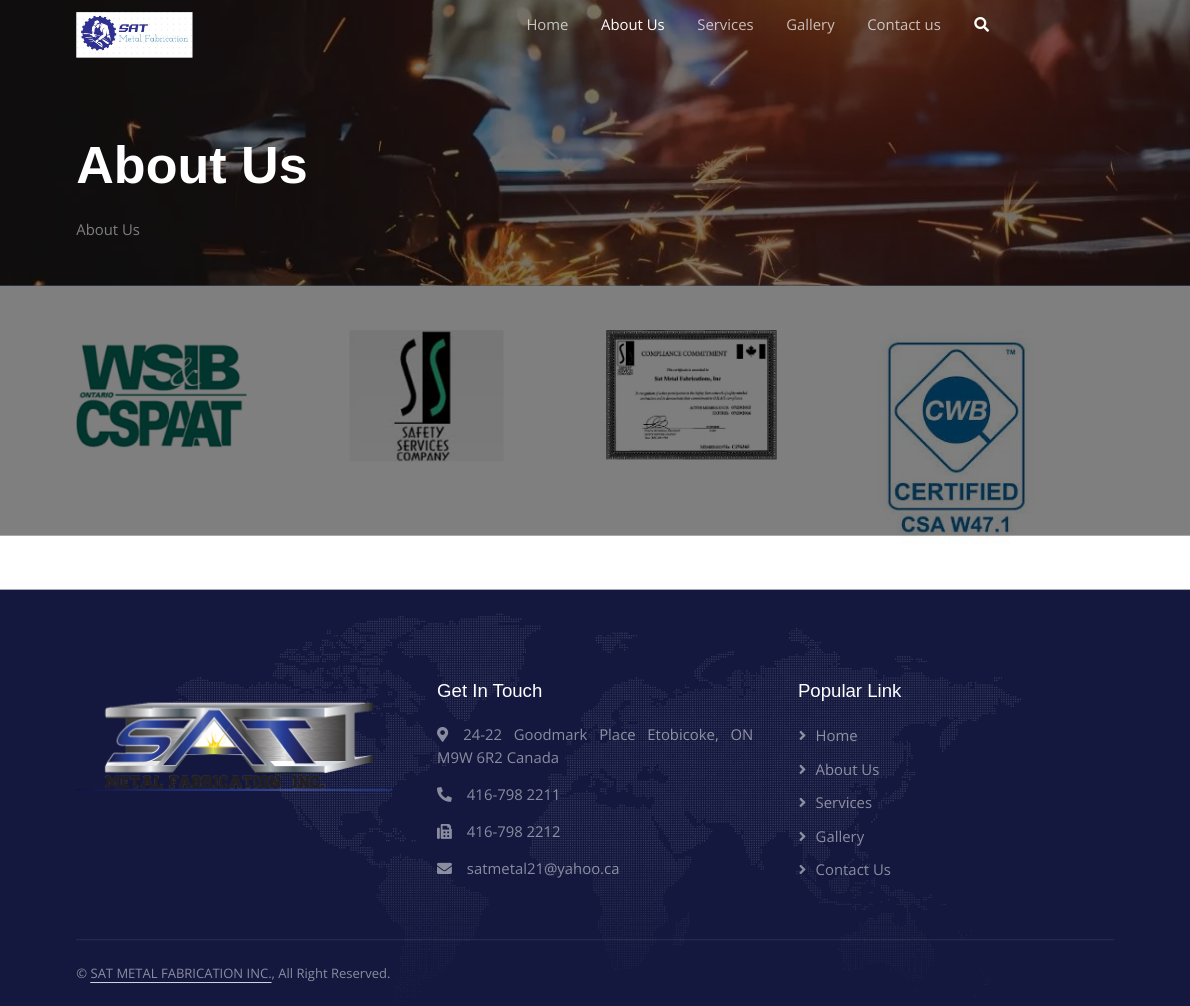
Repository: dzyte-services/satmetal
Page: http://localhost/about.php
The author's editor kept a copy of each file at every save. The page is drawn from the files as they stood at one save, then again after the next save.
The browser window is 1280 px wide. The pictures show the whole page, at 93% of full size.
Some web fonts or font styles are not loaded; a fallback is used. Some web libraries are served in a nearby version. The page is run by PHP 8.4 with error messages shown; the project is at /var/www/html/.

Above is the page before, as saved 2023-11-07 17:29:36.

### about.php
<!DOCTYPE html>
<html lang="en">

<head>
    <meta charset="utf-8">
    <title>SAT - About</title>
    <meta content="width=device-width, initial-scale=1.0" name="viewport">
    <meta content="" name="keywords">
    <meta content="" name="description">

    <!-- Favicon -->
    <link href="img/favicon.ico" rel="icon">

    <!-- Google Web Fonts -->
    <link rel="preconnect" href="https://fonts.googleapis.com">
    <link rel="preconnect" href="https://fonts.gstatic.com" crossorigin>
    <link href="https://fonts.googleapis.com/css2?family=Open+Sans:wght@400;600&family=Ubuntu:wght@500;700&display=swap"
        rel="stylesheet">

    <!-- Icon Font Stylesheet -->
    <link href="https://cdnjs.cloudflare.com/ajax/libs/font-awesome/5.10.0/css/all.min.css" rel="stylesheet">
    <link href="https://cdn.jsdelivr.net/npm/bootstrap-icons@1.4.1/font/bootstrap-icons.css" rel="stylesheet">

    <!-- Libraries Stylesheet -->
    <link href="lib/animate/animate.min.css" rel="stylesheet">
    <link href="lib/owlcarousel/assets/owl.carousel.min.css" rel="stylesheet">

    <!-- Customized Bootstrap Stylesheet -->
    <link href="css/bootstrap.min.css" rel="stylesheet">

    <!-- Template Stylesheet -->
    <link href="css/style.css" rel="stylesheet">
</head>

<body>
    <!-- Spinner Start -->
    <!-- <div id="spinner"
        class="show bg-white position-fixed translate-middle w-100 vh-100 top-50 start-50 d-flex align-items-center justify-content-center">
        <div class="spinner-grow text-primary" style="width: 3rem; height: 3rem;" role="status">
            <span class="sr-only">Loading...</span>
        </div>
    </div> -->
    <!-- Spinner End -->


    <!-- Navbar Start -->
    <?php
        include "header.php";
    ?>
    <!-- Navbar End -->





    <!-- Full Screen Search Start -->
    <div class="modal fade" id="searchModal" tabindex="-1">
        <div class="modal-dialog modal-fullscreen">
            <div class="modal-content" style="background: rgba(20, 24, 62, 0.7);">
                <div class="modal-header border-0">
                    <button type="button" class="btn btn-square bg-white btn-close" data-bs-dismiss="modal"
                        aria-label="Close"></button>
                </div>
                <div class="modal-body d-flex align-items-center justify-content-center">
                    <div class="input-group" style="max-width: 600px;">
                        <input type="text" class="form-control bg-transparent border-light p-3"
                            placeholder="Type search keyword">
                        <button class="btn btn-light px-4"><i class="bi bi-search"></i></button>
                    </div>
                </div>
            </div>
        </div>
    </div>
    <!-- Full Screen Search End -->


    <!-- About Start -->
    <!-- Modal gallery -->
    <!-- Section: Images -->
    <div class="container-fluid py-5">
        <div class="container">
            <div class="row d-flex justify-content-center">
                <!-- Left Image -->
                <div class="col-lg-3 mb-4 mb-lg-0">
                    <div class="bg-image hover-overlay ripple shadow-1-strong rounded" data-ripple-color="light">
                        <img src="img/img2.png" class="" style='width:70%;' /> <!-- Adjust width to your needs -->
                        <a href="#!" data-mdb-toggle="modal" data-mdb-target="#exampleModal2">
                            <div class="mask" style="background-color: rgba(251, 251, 251, 0.2);"></div>
                        </a>
                    </div>
                </div>

                <!-- Right Image -->
                <div class="col-lg-3 mb-4 mb-lg-0">
                    <div class="bg-image hover-overlay ripple shadow-1-strong rounded" data-ripple-color="light">
                        <img src="img/img3.png" class="" style='width:70%;' /> <!-- Adjust width to your needs -->
                        <a href="#!" data-mdb-toggle="modal" data-mdb-target="#exampleModal2">
                            <div class="mask" style="background-color: rgba(251, 251, 251, 0.2);"></div>
                        </a>
                    </div>
                </div>

                <div class="col-lg-3 mb-4 mb-lg-0">
                    <div class="bg-image hover-overlay ripple shadow-1-strong rounded" data-ripple-color="light">
                        <img src="img/img1.png" class="" style='width:70%;' /> <!-- Adjust width to your needs -->
                        <a href="#!" data-mdb-toggle="modal" data-mdb-target="#exampleModal2">
                            <div class="mask" style="background-color: rgba(251, 251, 251, 0.2);"></div>
                        </a>
                    </div>
                </div>
                <div class="col-lg-3 mb-4 mb-lg-0">
                    <div class="bg-image hover-overlay ripple shadow-1-strong rounded" data-ripple-color="light">
                        <img src="img/img4.jpeg" class="" style='width:70%;' /> <!-- Adjust width to your needs -->
                        <a href="#!" data-mdb-toggle="modal" data-mdb-target="#exampleModal2">
                            <div class="mask" style="background-color: rgba(251, 251, 251, 0.2);"></div>
                        </a>
                    </div>
                </div>
            </div>

        </div>
    </div>


    <!-- Footer Start -->
    <?php
        include "footer.php";
    ?>
    <!-- Footer End -->


    <!-- Back to Top -->
    <a href="#" class="btn btn-lg btn-primary btn-lg-square back-to-top pt-2"><i class="bi bi-arrow-up"></i></a>


    <!-- JavaScript Libraries -->
    <script src="https://ajax.googleapis.com/ajax/libs/jquery/3.6.1/jquery.min.js"></script>
    <script src="https://cdn.jsdelivr.net/npm/bootstrap@5.0.0/dist/js/bootstrap.bundle.min.js"></script>
    <script src="lib/wow/wow.min.js"></script>
    <script src="lib/easing/easing.min.js"></script>
    <script src="lib/waypoints/waypoints.min.js"></script>
    <script src="lib/counterup/counterup.min.js"></script>
    <script src="lib/owlcarousel/owl.carousel.min.js"></script>

    <!-- Template Javascript -->
    <script src="js/main.js"></script>
</body>

</html>

### header.php
    <?php
        $currentPage1 = basename($_SERVER['PHP_SELF']);
    ?>
    <!-- Spinner Start -->
    <div id="spinner"
        class="show bg-white position-fixed translate-middle w-100 vh-100 top-50 start-50 d-flex align-items-center justify-content-center">
        <div class="spinner-grow text-primary" style="width: 3rem; height: 3rem;" role="status">
            <span class="sr-only">Loading...</span>
        </div>
    </div>
    <!-- Spinner End -->


    <!-- Navbar Start -->
    <div class="container-fluid sticky-top">
        <div class="container">
            <nav class="navbar navbar-expand-lg navbar-dark p-0">
                <div class="row">
                    <div class="col-lg-4">
                        <a href="index.php" class="navbar-brand">
                            <img class="img-fluid" width="40%" height="40%" src="img/logo1.jpeg" alt="">
                        </a>
                        <button type="button" class="navbar-toggler ms-auto me-0" data-bs-toggle="collapse"
                            data-bs-target="#navbarCollapse">
                            <span class="navbar-toggler-icon"></span>
                        </button>
                    </div>
                    <div class="col-lg-8 ">
                    <div class="collapse navbar-collapse" id="navbarCollapse">
                    <div class="navbar-nav ms-auto">
                        <a href="index.php" class="nav-item nav-link  <?php echo ($currentPage1 === 'index.php') ? 'active' : ''; ?>">Home</a>
                        <a href="about.php" class="nav-item nav-link <?php echo ($currentPage1 === 'about.php') ? 'active' : ''; ?>">About Us</a>
                        <a href="service.php" class="nav-item nav-link <?php echo ($currentPage1 === 'service.php') ? 'active' : ''; ?>">Services</a>
                        <a href="project.php" class="nav-item nav-link <?php echo ($currentPage1 === 'project.php') ? 'active' : ''; ?>">Gallery</a>

                        <a href="contact.php" class="nav-item nav-link <?php echo ($currentPage1 === 'contact.php') ? 'active' : ''; ?>">Contact us</a>
                    </div>
                    <butaton type="button" class="btn text-white p-0 d-none d-lg-block" data-bs-toggle="modal"
                        data-bs-target="#searchModal"><i class="fa fa-search"></i></butaton>
                </div>
                    </div>
                </div>


            </nav>
        </div>
    </div>
    <!-- Navbar End -->

    <div>
          <?php
                $currentPage = $_SERVER['SCRIPT_NAME'];
                $current_page = basename($currentPage);

                if ($current_page === "index.php") {
                    include("header/home.php");
                } elseif ($current_page === "about.php") {
                    include("header/about.php");
                } elseif ($current_page === "service.php") {
                    include("header/service.php");
                } elseif ($current_page === "project.php") {
                    include("header/gallery.php");
                } elseif ($current_page === "contact.php") {
                    include("header/contact.php");
                }



            ?>
    </div>

### header/about.php
<!-- Hero Start -->
<div class="container-fluid pt-5 bg-primary hero-header">
        <div class="container pt-5">
            <div class="row g-5 pt-5">
                <div class="col-lg-6 align-self-center text-center text-lg-start mb-lg-5">
                    <h1 class="display-4 text-white mb-4 animated slideInRight">About Us</h1>
                    <nav aria-label="breadcrumb">
                        <ol class="breadcrumb justify-content-center justify-content-lg-start mb-0">
                            <!-- <li class="breadcrumb-item"><a class="text-white" href="#">Home</a></li> -->
                            <!-- <li class="breadcrumb-item"><a class="text-white" href="#">Pages</a></li> -->
                            <li class="breadcrumb-item text-white active" aria-current="page">About Us</li>
                        </ol>
                    </nav>
                </div>
            </div>
        </div>
    </div>
    <!-- Hero End -->

### css/style.css
/********** Template CSS **********/
:root {
    --primary: #1363C6;
    --secondary: #15ACE1;
    --light: #F4F7FE;
    --dark: #14183E;
}


/*** Spinner ***/
#spinner {
    opacity: 0;
    visibility: hidden;
    transition: opacity .5s ease-out, visibility 0s linear .5s;
    z-index: 99999;
}

#spinner.show {
    transition: opacity .5s ease-out, visibility 0s linear 0s;
    visibility: visible;
    opacity: 1;
}

.back-to-top {
    position: fixed;
    display: none;
    right: 45px;
    bottom: 45px;
    z-index: 99;
}


/*** Heading ***/
h1,
h2,
h3,
.fw-bold {
    font-weight: 700 !important;
}

h4,
h5,
h6,
.fw-medium {
    font-weight: 500 !important;
}


/*** Button ***/
.btn {
    font-weight: 500;
    transition: .5s;
}

.btn-square {
    width: 38px;
    height: 38px;
}

.btn-sm-square {
    width: 32px;
    height: 32px;
}

.btn-lg-square {
    width: 48px;
    height: 48px;
}

.btn-square,
.btn-sm-square,
.btn-lg-square {
    padding: 0;
    display: flex;
    align-items: center;
    justify-content: center;
    font-weight: normal;
    border-radius: 50px;
}


/*** Navbar ***/
.sticky-top {
    top: -150px;
    transition: .5s;
}

.navbar {
    padding: 11px 0 !important;
    height: 75px;
}

.navbar .navbar-nav .nav-link {
    margin-right: 35px;
    padding: 0;
    color: rgba(255, 255, 255, .7);
    outline: none;
}

.navbar .navbar-nav .nav-link:hover,
.navbar .navbar-nav .nav-link.active {
    color: rgba(255, 255, 255, 1);
}

.navbar .dropdown-toggle::after {
    border: none;
    content: "\f107";
    font-family: "Font Awesome 5 Free";
    font-weight: 900;
    vertical-align: middle;
    margin-left: 8px;
}

@media (max-width: 991.98px) {
    .navbar .navbar-nav {
        padding: 0 15px;
        background: var(--primary);
    }

    .navbar .navbar-nav .nav-link  {
        margin-right: 0;
        padding: 10px 0;
    }
}

@media (min-width: 992px) {
    .navbar .nav-item .dropdown-menu {
        display: block;
        border: none;
        margin-top: 0;
        top: 150%;
        opacity: 0;
        visibility: hidden;
        transition: .5s;
    }

    .navbar .nav-item:hover .dropdown-menu {
        top: 100%;
        visibility: visible;
        transition: .5s;
        opacity: 1;
    }
}


/*** Hero Header ***/
.hero-header {
    margin-top: -75px;
    background: url(../img/background2.webp) center center no-repeat ;
    background-size: cover;

}
.hero-header::before {
    content: "";
    position: absolute;
    top: 0;
    left: 0;
    width: 100%;
    height: 80%;
    background: rgba(0, 0, 0, 0.5); /* Adjust the opacity as needed (0.5 for 50% opacity) */
}

.hero-header .breadcrumb-item+.breadcrumb-item::before {
    color: var(--light);
}


/*** Section Title ***/
.section-title::before {
    position: absolute;
    content: "";
    width: 45px;
    height: 4px;
    bottom: 0;
    left: 0;
    background: var(--dark);
}

.section-title::after {
    position: absolute;
    content: "";
    width: 4px;
    height: 4px;
    bottom: 0;
    left: 50px;
    background: var(--dark);
}

.section-title.text-center::before {
    left: 50%;
    margin-left: -25px;
}

.section-title.text-center::after {
    left: 50%;
    margin-left: 25px;
}

.section-title h6::before,
.section-title h6::after {
    position: absolute;
    content: "";
    width: 10px;
    height: 10px;
    top: 2px;
    left: 0;
    background: rgba(33, 66, 177, .5);
}

.section-title h6::after {
    top: 5px;
    left: 3px;
}


/*** About ***/
.about-img {
    position: relative;
    overflow: hidden;
}

.about-img::after {
    position: absolute;
    content: "";
    width: 100%;
    height: 100%;
    top: 0;
    left: 0;
    background: url(../img/bg-about-img.png) top left no-repeat;
    background-size: contain;
}


/*** Service ***/
.service-item {
    position: relative;
    padding: 45px 30px;
    background: #FFFFFF;
    transition: .5s;
}

.service-item:hover {
    background: var(--primary);
}

.service-item .service-icon {
    margin: 0 auto 20px auto;
    width: 90px;
    height: 90px;
    color: var(--primary);
    background: var(--light);
    transition: .5s;
}

.service-item:hover .service-icon {
    background: #FFFFFF;
}

.service-item h5,
.service-item p {
    transition: .5s;
}

.service-item:hover h5,
.service-item:hover p {
    color: #FFFFFF;
}

.service-item a.btn {
    position: relative;
    display: flex;
    color: var(--primary);
    transition: .5s;
    z-index: 1;
}

.service-item:hover a.btn {
    color: var(--primary);
}

.service-item a.btn::before {
    position: absolute;
    content: "";
    width: 35px;
    height: 35px;
    top: 0;
    left: 0;
    border-radius: 35px;
    background: var(--light);
    transition: .5s;
    z-index: -1;
}

.service-item:hover a.btn::before {
    width: 100%;
    background: var(--light);
}


/*** Feature ***/
.feature {
    background: url(../img/bg-hero.png) center center no-repeat;
    background-size: cover;
}


/*** Newsletter ***/
.newsletter {
    background: url(../img/bg-hero.png) center center no-repeat;
    background-size: cover;
}

@media (min-width: 992px) {
    .newsletter .container {
        max-width: 100% !important;
    }

    .newsletter .newsletter-text  {
        padding-right: calc(((100% - 960px) / 2) + .75rem);
    }
}

@media (min-width: 1200px) {
    .newsletter .newsletter-text  {
        padding-right: calc(((100% - 1140px) / 2) + .75rem);
    }
}

@media (min-width: 1400px) {
    .newsletter .newsletter-text  {
        padding-right: calc(((100% - 1320px) / 2) + .75rem);
    }
}


/*** Case Study ***/
.case-item img {
    transition: .5s;
}

.case-item:hover img {
    transform: scale(1.2);
}

.case-overlay {
    position: absolute;
    padding: 30px;
    width: 100%;
    height: 100%;
    top: 0;
    left: 0;
    display: flex;
    flex-direction: column;
    align-items: flex-start;
    justify-content: flex-end;
    background: linear-gradient(rgba(20, 24, 62, 0), var(--dark));
    z-index: 1;
}

.case-overlay small {
    display: inline-block;
    padding: 3px 15px;
    color: #FFFFFF;
    background: rgba(20, 24, 62, .7);
    border-radius: 25px;
    margin-bottom: 15px;
}

.case-overlay span.btn:hover {
    color: var(--primary);
    background: #FFFFFF;
    border-color: #FFFFFF;
}


/*** FAQs ***/
.accordion .accordion-item {
    border: none;
    margin-bottom: 15px;
}

.accordion .accordion-button {
    background: var(--light);
    border-radius: 2px;
}

.accordion .accordion-button:not(.collapsed) {
    color: #FFFFFF;
    background: var(--primary);
    box-shadow: none;
}

.accordion .accordion-button:not(.collapsed)::after {
    background-image: url("data:[embedded picture, 261 characters]");
}

.accordion .accordion-body {
    padding: 15px 0 0 0;
}


/*** Testimonial ***/
.testimonial-carousel {
    position: relative;
}

.testimonial-carousel .owl-nav {
    position: absolute;
    width: 40px;
    height: 100%;
    top: calc(50% - 50px);
    left: -21px;
    display: flex;
    flex-direction: column;
    align-items: center;
}

.testimonial-carousel .owl-nav .owl-prev,
.testimonial-carousel .owl-nav .owl-next {
    margin: 5px 0;
    width: 40px;
    height: 40px;
    display: flex;
    align-items: center;
    justify-content: center;
    color: var(--primary);
    background: #FFFFFF;
    border: 1px solid var(--primary);
    border-radius: 40px;
    font-size: 18px;
    transition: .5s;
}

.testimonial-carousel .owl-nav .owl-prev:hover,
.testimonial-carousel .owl-nav .owl-next:hover {
    background: var(--primary);
    color: #FFFFFF;
}

.testimonial-carousel .owl-dots {
    margin-top: 35px;
    margin-left: 3rem;
}

.testimonial-carousel .owl-dot {
    position: relative;
    display: inline-block;
    margin-right: 10px;
    width: 15px;
    height: 15px;
    background: #FFFFFF;
    border: 1px solid var(--primary);
    border-radius: 15px;
    transition: .5s;
}

.testimonial-carousel .owl-dot.active {
    width: 30px;
    background: var(--primary);
}


/*** Team ***/
.team-item {
    transition: .5s;
    border: 1px solid transparent;
    transition: .5s;
}

.team-item:hover {

    border-color: var(--primary);
}


/*** Footer ***/
.footer {
    background: url(../img/footer.png) center center no-repeat;
    background-size: contain;
}

.footer .btn.btn-social {
    margin-right: 5px;
    width: 40px;
    height: 40px;
    display: flex;
    align-items: center;
    justify-content: center;
    color: rgba(255,255,255,.5);
    border: 1px solid rgba(256, 256, 256, .1);
    border-radius: 40px;
    transition: .3s;
}

.footer .btn.btn-social:hover {
    color: var(--primary);
}

.footer .btn.btn-link {
    display: block;
    margin-bottom: 10px;
    padding: 0;
    text-align: left;
    color: rgba(255,255,255,.5);
    font-weight: normal;
    transition: .3s;
}

.footer .btn.btn-link:hover {
    color: #FFFFFF;
}

.footer .btn.btn-link::before {
    position: relative;
    content: "\f105";
    font-family: "Font Awesome 5 Free";
    font-weight: 900;
    margin-right: 10px;
}

.footer .btn.btn-link:hover {
    letter-spacing: 1px;
    box-shadow: none;
}

.footer .copyright {
    padding: 25px 0;
    font-size: 14px;
    border-top: 1px solid rgba(256, 256, 256, .1);
}

.footer .copyright a {
    color: rgba(255,255,255,.5);
}

.footer .copyright a:hover {
    color: #FFFFFF;
}

.footer .footer-menu a {
    margin-right: 15px;
    padding-right: 15px;
    border-right: 1px solid rgba(255, 255, 255, .1);
}

.footer .footer-menu a:last-child {
    margin-right: 0;
    padding-right: 0;
    border-right: none;
}

Loaded but not shown: lib/animate/animate.min.css (library); lib/owlcarousel/assets/owl.carousel.min.css (common file); css/bootstrap.min.css (library); lib/wow/wow.min.js (library); lib/easing/easing.min.js (common file); lib/waypoints/waypoints.min.js (library); lib/counterup/counterup.min.js (common file); lib/owlcarousel/owl.carousel.min.js (library); js/main.js (64 lines, source omitted); footer.php (70 lines, source omitted)

After the next save:
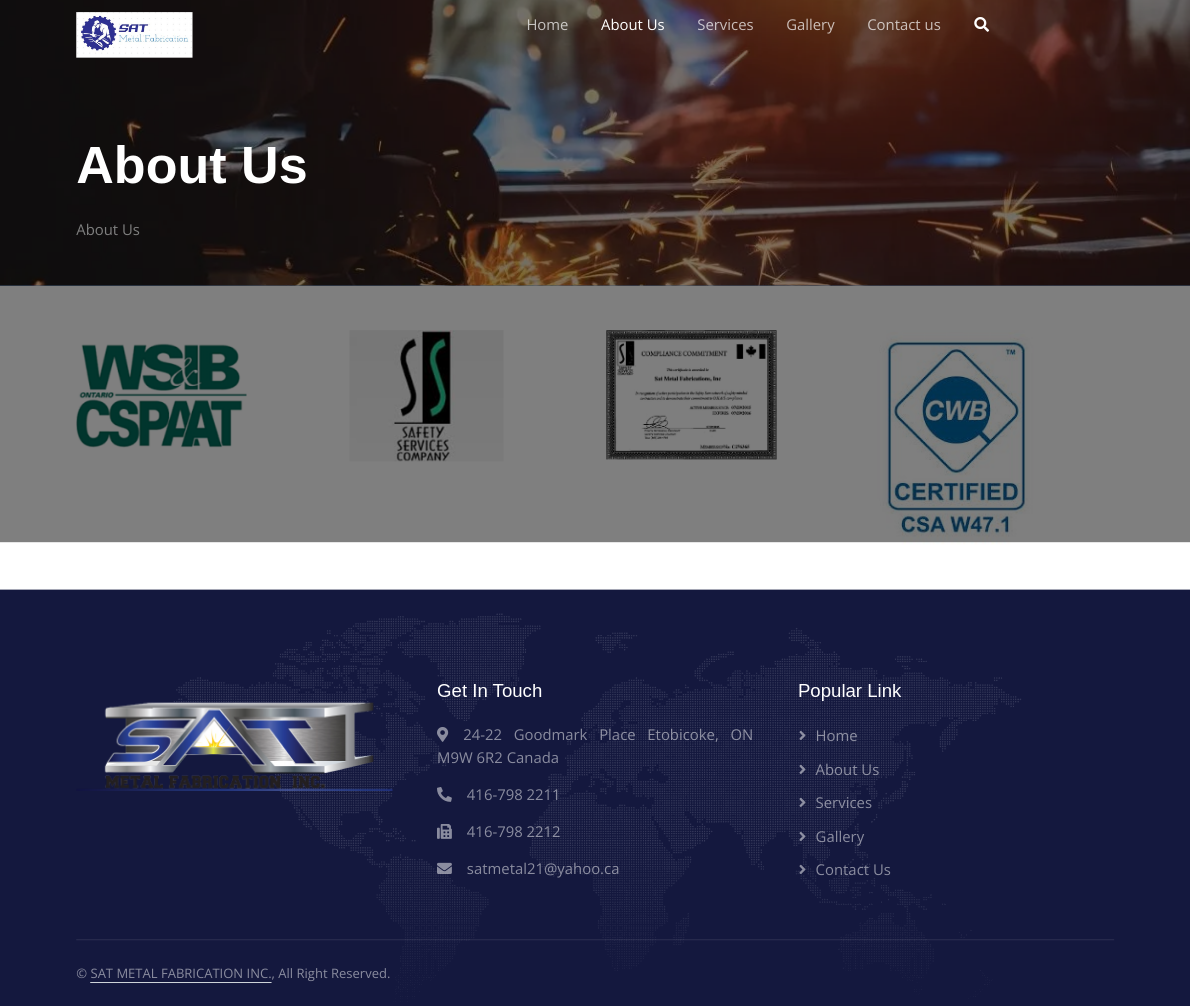
Saved 8 s later.
--- a/css/style.css
+++ b/css/style.css
@@ -156,7 +156,7 @@
     top: 0;
     left: 0;
     width: 100%;
-    height: 80%;
+    height: 81%;
     background: rgba(0, 0, 0, 0.5); /* Adjust the opacity as needed (0.5 for 50% opacity) */
 }
 
